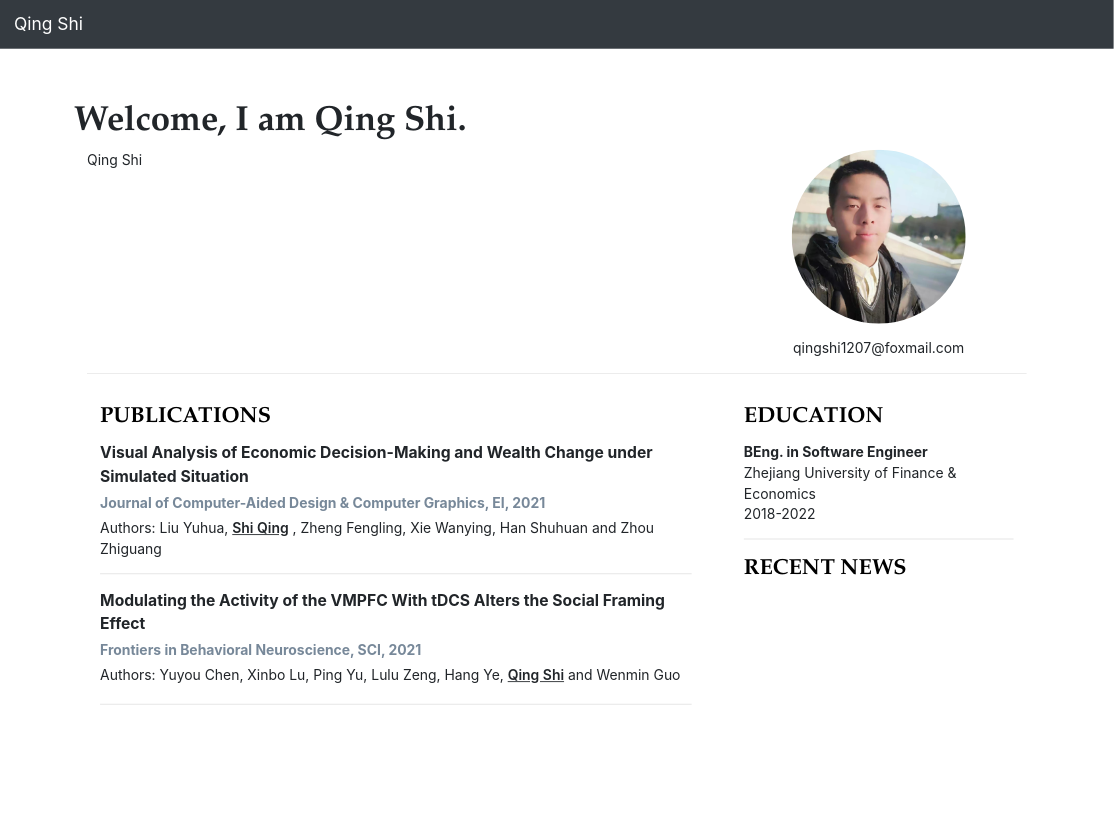
Repository: sqsssq/webpage
Page: index.html
An editor plug-in stored every save of this project. The page is shown before and after a run of saves, followed by the edit.
The browser window is 1280 px wide. The pictures show the whole page, at 87% of full size.
Some web libraries are served in a nearby version.

Above is the page before, as saved 2022-03-28 10:46:26.

### index.html
<!--
 * @Author: Qing Shi
 * @LastEditTime: 2022-03-28 10:45:51
 * @Knowledge:
 * @Description: my homepage
 * @Attention:
-->
<!doctype html>
<html lang="zh-CN">

<head>
    <!-- 必须的 meta 标签 -->
    <meta charset="utf-8">
    <meta name="viewport" content="width=device-width, initial-scale=1, shrink-to-fit=no">
    <title>Qing Shi</title>

    <!-- 新 Bootstrap4 核心 CSS 文件 -->
    <link rel="stylesheet" href="https://cdn.staticfile.org/twitter-bootstrap/4.3.1/css/bootstrap.min.css">

    <!-- jQuery文件。务必在bootstrap.min.js 之前引入 -->
    <script src="https://cdn.staticfile.org/jquery/3.2.1/jquery.min.js"></script>

    <!-- bootstrap.bundle.min.js 用于弹窗、提示、下拉菜单，包含了 popper.min.js -->
    <script src="https://cdn.staticfile.org/popper.js/1.15.0/umd/popper.min.js"></script>

    <!-- 最新的 Bootstrap4 核心 JavaScript 文件 -->
    <script src="https://cdn.staticfile.org/twitter-bootstrap/4.3.1/js/bootstrap.min.js"></script>

    <link rel="stylesheet" href="css/index.css">
    <link rel="shortcut icon" href="icon/bitbug_favicon.ico" />
</head>

<body>

    <nav class="navbar  navbar-dark bg-dark">
        <a class="navbar-brand" href="#">
            Qing Shi
        </a>

        <!-- <button type="button" class="btn btn-outline-primary">中/EN</button> -->
    </nav>

    <div class="container framework">
        <!-- Image and text -->
        <div class="webHeader row">
            <h1 id="ToptitleFont">Welcome, I am Qing Shi.</h1>
            <!-- <hr> -->
            <div class="webIntroduction col-lg-8">
                Qing Shi
            </div>

            <div class="webPhoto col-lg-4">
                <img src="photo/sq3.jpg">
                <div class="info">
                    <!-- <svg class="svg-inline--fa fa-envelope-square fa-w-14 fa-fw fa-lg mr-2" aria-hidden="true" focusable="false" data-prefix="fas" data-icon="envelope-square" role="img" xmlns="http://www.w3.org/2000/svg" viewBox="0 0 448 512" data-fa-i2svg=""><path fill="currentColor" d="M400 32H48C21.49 32 0 53.49 0 80v352c0 26.51 21.49 48 48 48h352c26.51 0 48-21.49 48-48V80c0-26.51-21.49-48-48-48zM178.117 262.104C87.429 196.287 88.353 196.121 64 177.167V152c0-13.255 10.745-24 24-24h272c13.255 0 24 10.745 24 24v25.167c-24.371 18.969-23.434 19.124-114.117 84.938-10.5 7.655-31.392 26.12-45.883 25.894-14.503.218-35.367-18.227-45.883-25.895zM384 217.775V360c0 13.255-10.745 24-24 24H88c-13.255 0-24-10.745-24-24V217.775c13.958 10.794 33.329 25.236 95.303 70.214 14.162 10.341 37.975 32.145 64.694 32.01 26.887.134 51.037-22.041 64.72-32.025 61.958-44.965 81.325-59.406 95.283-70.199z"></path></svg> -->
                    qingshi1207@foxmail.com
                </div>
            </div>
        </div>
        <hr>
        <div class="webMain row">
            <div class="col-lg-8" style="padding-left: 30px; padding-right: 30px;">
                <div id="webPublication">
                    <h3 id="titleFont">
                        PUBLICATIONS
                    </h3>
                    <div class="totalPublic">
                        <div class="public">
                            <p class="ptitle">
                                Visual Analysis of Economic Decision-Making and Wealth Change under Simulated Situation
                            </p>

                            <p class="pub">
                                <span class="full">Journal of Computer-Aided Design & Computer Graphics, EI, 2021</span>
                            </p>
                            <p class="pauthor">
                                <span class="author">Authors:&nbsp;Liu Yuhua,</span>
                                <span class="me">Shi Qing</span>
                                <span class="author">, Zheng Fengling, Xie Wanying, Han Shuhuan and Zhou
                                    Zhiguang</span>
                            </p>
                        </div>
                        <hr>
                        <div class="public">
                            <div class="row">
                                <div class="col"></div>
                                <div class="col-12">
                                    <p class="ptitle">
                                        Modulating the Activity of the VMPFC With tDCS Alters the Social Framing Effect
                                    </p>

                                    <p class="pub">
                                        <span class="full">Frontiers in Behavioral Neuroscience, SCI, 2021</span>
                                    </p>
                                    <p class="pauthor">
                                        <span class="author">Authors:&nbsp;Yuyou Chen, Xinbo Lu, Ping Yu, Lulu Zeng,
                                            Hang
                                            Ye,</span>
                                        <span class="me">Qing Shi</span>
                                        <span class="author"> and Wenmin Guo</span>
                                    </p>
                                </div>
                            </div>
                        </div>
                    </div>
                </div>
                <hr>
            </div>
            <div class="col-lg-4" style="padding-right: 30px;padding-left: 30px;">
                <div id="webEducation">
                    <h3 id="titleFont">
                        <!-- ::before -->
                        EDUCATION
                    </h3>
                    <a style="font-weight: bold;">BEng. in Software Engineer</a>
                    <br>
                    Zhejiang University of Finance & Economics
                    <br>
                    2018-2022
                </div>
                <hr>
                <div id="webSkill">
                    <h3 id="titleFont">RECENT NEWS</h3>
                </div>
            </div>
        </div>
</body>

</html>

### css/index.css
* {
    margin: 0;
    padding: 0;
}

body {
    /* font-family:Georia,serif; */
    background: #ffffff;
    /* font-weight:bold; */
    /* font-size:15px; */
    /* color:#333;
    overflow: hidden; */
    -webkit-font-smoothing: antialiased;
}

.framework {
    /* height: 1000px; */
    margin-top: 30px;
    margin-bottom: 100px;
    padding: 30px 30px 30px 30px;
    width: 90%;
    /* border-color: black; */
    /* border-width: 3px; */
    /* border-style: solid; */
    /* box-shadow: darkgrey 0px 0px 30px 5px ; */
}

/* *, *::before, *::after {
    box-sizing: border-box;
} */

#ToptitleFont {
    /* Garamond */
    font-family: Garamond;
    font-weight: bold;
}

#titleFont {
    /* Garamond */
    font-family: Garamond;
    font-weight: bold;
    font-size: 25px;
    color: rgb(0, 0, 0);
    margin-top: 15px;
    line-height: 1.5;
}

.public {
}

.public p{
    margin-bottom: 5px;
    line-height: 1.5;

}

.public .ptitle {
    font-weight: 700;
    font-size: 18px;
}

.public .pauthor {
    font-size: 16px;
    font-weight: 400;
}

.public .me {
    font-weight: 600;
    text-decoration: underline;
}
.public .pub {
    display: flex;
    align-items: center;
    flex-wrap: wrap;
}

.public .full {
    font-size: 16px;
    font-weight: 700;
    color: lightslategray;
}

/* #titleFont:before {
    content: "";
    display: inline-block;
    width: 5px;
    height: 100%;
    background: #54b689;
    position: absolute;
    left: 0;
    top: 0;
} */

.webPhoto {
    /* align-items: center; */
    /* background-color: aqua; */
    display: flex;
    flex-direction: column;
    justify-content: center;
    align-items: center;
}

.webPhoto img {
    border-radius: 50%;
}

img {
    vertical-align: middle;
    border-style: none;
    height: 200px;
    width: 200px;
}

.webPhoto .info {
    margin-top: 15px;
    text-align: center;
    line-height: 1.64;
}

/*chrome--------------------------------------------start*/
::-webkit-scrollbar {
    width: 8px;
    height: 8px;
}

/* Track */
::-webkit-scrollbar-track {
    background: #ffffff;
    border-radius: 8px;
}

/* Handle */
::-webkit-scrollbar-thumb {
    background: rgb(201, 201, 202);
    border-radius: 8px;
}

/* Handle on hover */
::-webkit-scrollbar-thumb:hover {
    background: rgb(162, 162, 163);
}

.el-menu::-webkit-scrollbar,
.el-table__body-wrapper::-webkit-scrollbar {
    display: none;
}

.el-menu:hover::-webkit-scrollbar,
.el-table__body-wrapper:hover::-webkit-scrollbar {
    display: block;
}

/*chrome--------------------------------------------end*/

After the next 2 saves:
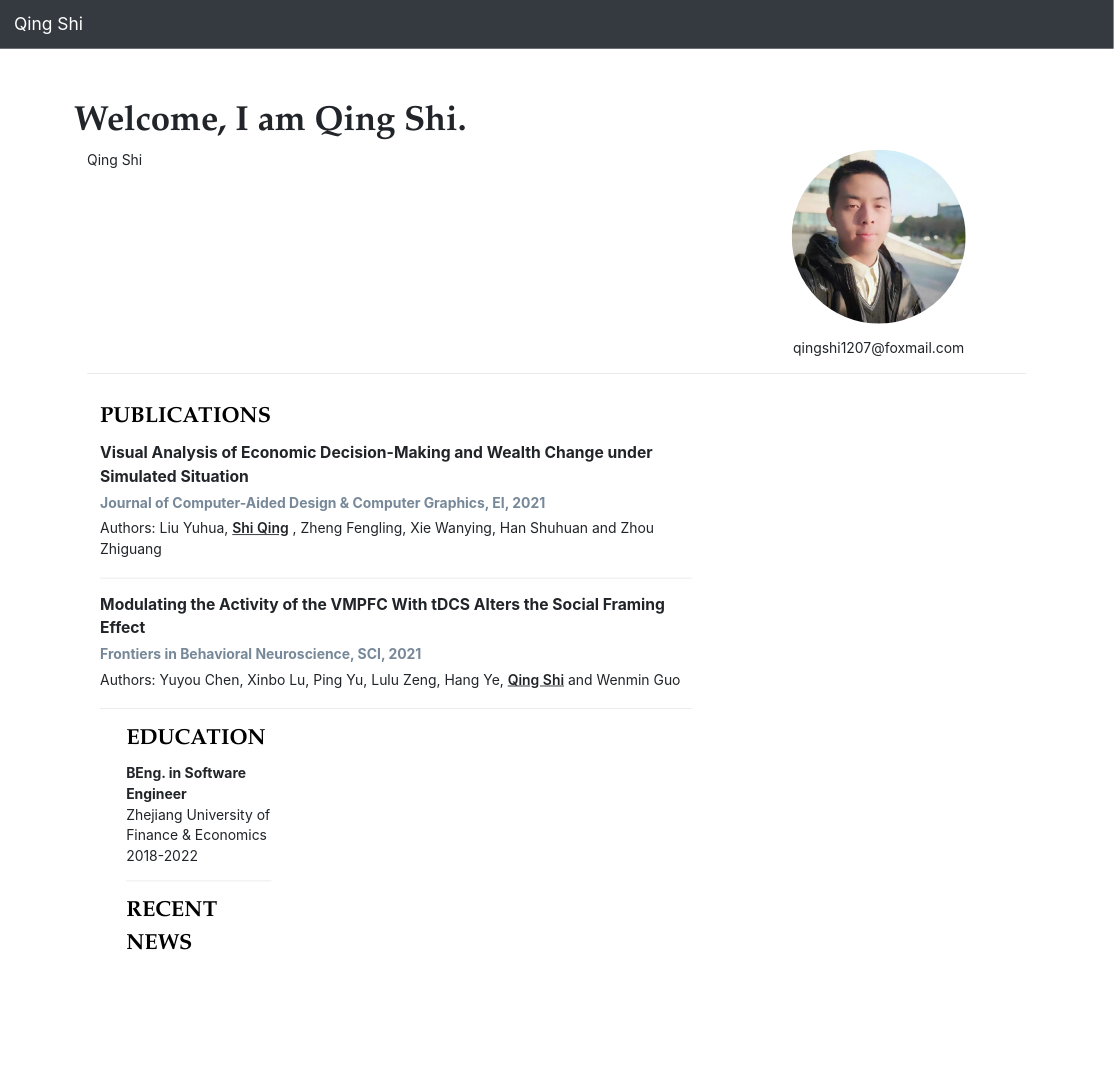
The 2 saves are shown as one change because they came seconds apart.
The last was saved 24 s later.
--- a/index.html
+++ b/index.html
@@ -66,64 +66,71 @@
                     </h3>
                     <div class="totalPublic">
                         <div class="public">
-                            <p class="ptitle">
-                                Visual Analysis of Economic Decision-Making and Wealth Change under Simulated Situation
-                            </p>
-
-                            <p class="pub">
-                                <span class="full">Journal of Computer-Aided Design & Computer Graphics, EI, 2021</span>
-                            </p>
-                            <p class="pauthor">
-                                <span class="author">Authors:&nbsp;Liu Yuhua,</span>
-                                <span class="me">Shi Qing</span>
-                                <span class="author">, Zheng Fengling, Xie Wanying, Han Shuhuan and Zhou
-                                    Zhiguang</span>
-                            </p>
-                        </div>
-                        <hr>
-                        <div class="public">
                             <div class="row">
                                 <div class="col"></div>
                                 <div class="col-12">
                                     <p class="ptitle">
-                                        Modulating the Activity of the VMPFC With tDCS Alters the Social Framing Effect
+                                        Visual Analysis of Economic Decision-Making and Wealth Change under Simulated
+                                        Situation
                                     </p>
 
                                     <p class="pub">
-                                        <span class="full">Frontiers in Behavioral Neuroscience, SCI, 2021</span>
+                                        <span class="full">Journal of Computer-Aided Design & Computer Graphics, EI,
+                                            2021</span>
                                     </p>
                                     <p class="pauthor">
-                                        <span class="author">Authors:&nbsp;Yuyou Chen, Xinbo Lu, Ping Yu, Lulu Zeng,
-                                            Hang
-                                            Ye,</span>
-                                        <span class="me">Qing Shi</span>
-                                        <span class="author"> and Wenmin Guo</span>
+                                        <span class="author">Authors:&nbsp;Liu Yuhua,</span>
+                                        <span class="me">Shi Qing</span>
+                                        <span class="author">, Zheng Fengling, Xie Wanying, Han Shuhuan and Zhou
+                                            Zhiguang</span>
                                     </p>
+                                </div>
+                            </div>
+                            <hr>
+                            <div class="public">
+                                <div class="row">
+                                    <div class="col"></div>
+                                    <div class="col-12">
+                                        <p class="ptitle">
+                                            Modulating the Activity of the VMPFC With tDCS Alters the Social Framing
+                                            Effect
+                                        </p>
+
+                                        <p class="pub">
+                                            <span class="full">Frontiers in Behavioral Neuroscience, SCI, 2021</span>
+                                        </p>
+                                        <p class="pauthor">
+                                            <span class="author">Authors:&nbsp;Yuyou Chen, Xinbo Lu, Ping Yu, Lulu Zeng,
+                                                Hang
+                                                Ye,</span>
+                                            <span class="me">Qing Shi</span>
+                                            <span class="author"> and Wenmin Guo</span>
+                                        </p>
+                                    </div>
                                 </div>
                             </div>
                         </div>
                     </div>
+                    <hr>
                 </div>
-                <hr>
-            </div>
-            <div class="col-lg-4" style="padding-right: 30px;padding-left: 30px;">
-                <div id="webEducation">
-                    <h3 id="titleFont">
-                        <!-- ::before -->
-                        EDUCATION
-                    </h3>
-                    <a style="font-weight: bold;">BEng. in Software Engineer</a>
-                    <br>
-                    Zhejiang University of Finance & Economics
-                    <br>
-                    2018-2022
-                </div>
-                <hr>
-                <div id="webSkill">
-                    <h3 id="titleFont">RECENT NEWS</h3>
+                <div class="col-lg-4" style="padding-right: 30px;padding-left: 30px;">
+                    <div id="webEducation">
+                        <h3 id="titleFont">
+                            <!-- ::before -->
+                            EDUCATION
+                        </h3>
+                        <a style="font-weight: bold;">BEng. in Software Engineer</a>
+                        <br>
+                        Zhejiang University of Finance & Economics
+                        <br>
+                        2018-2022
+                    </div>
+                    <hr>
+                    <div id="webSkill">
+                        <h3 id="titleFont">RECENT NEWS</h3>
+                    </div>
                 </div>
             </div>
-        </div>
 </body>
 
 </html>
